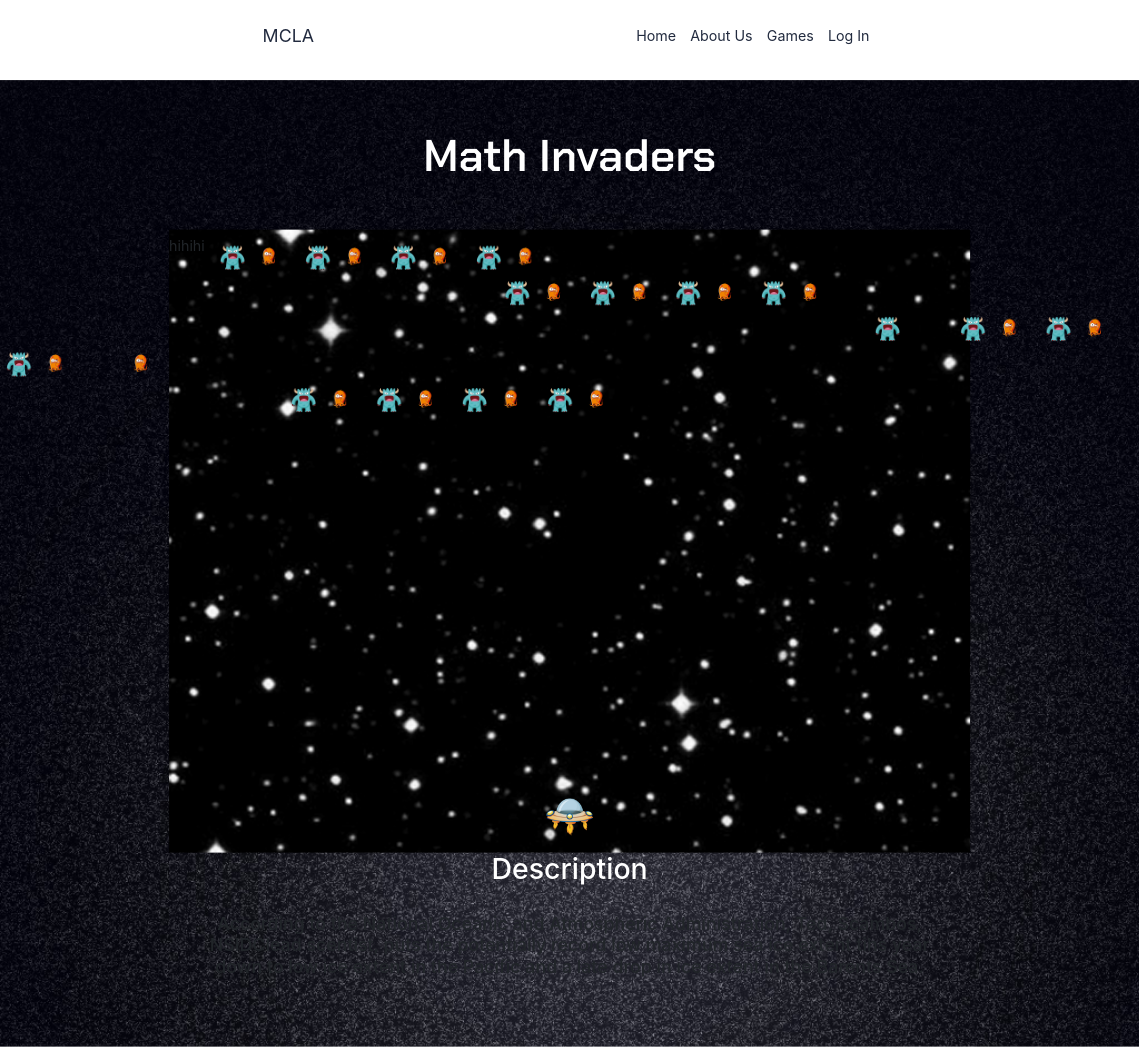
Repository: kkyler24/MathInvader
Page: index.html
The author's editor kept a copy of each file at every save. The page is drawn from the files as they stood at one save, then again after the next save.
The browser window is 1280 px wide. The pictures show the whole page, at 89% of full size.
Some web libraries are served in a nearby version.

Above is the page before, as saved 2020-07-20 18:02:14.

After the next save:
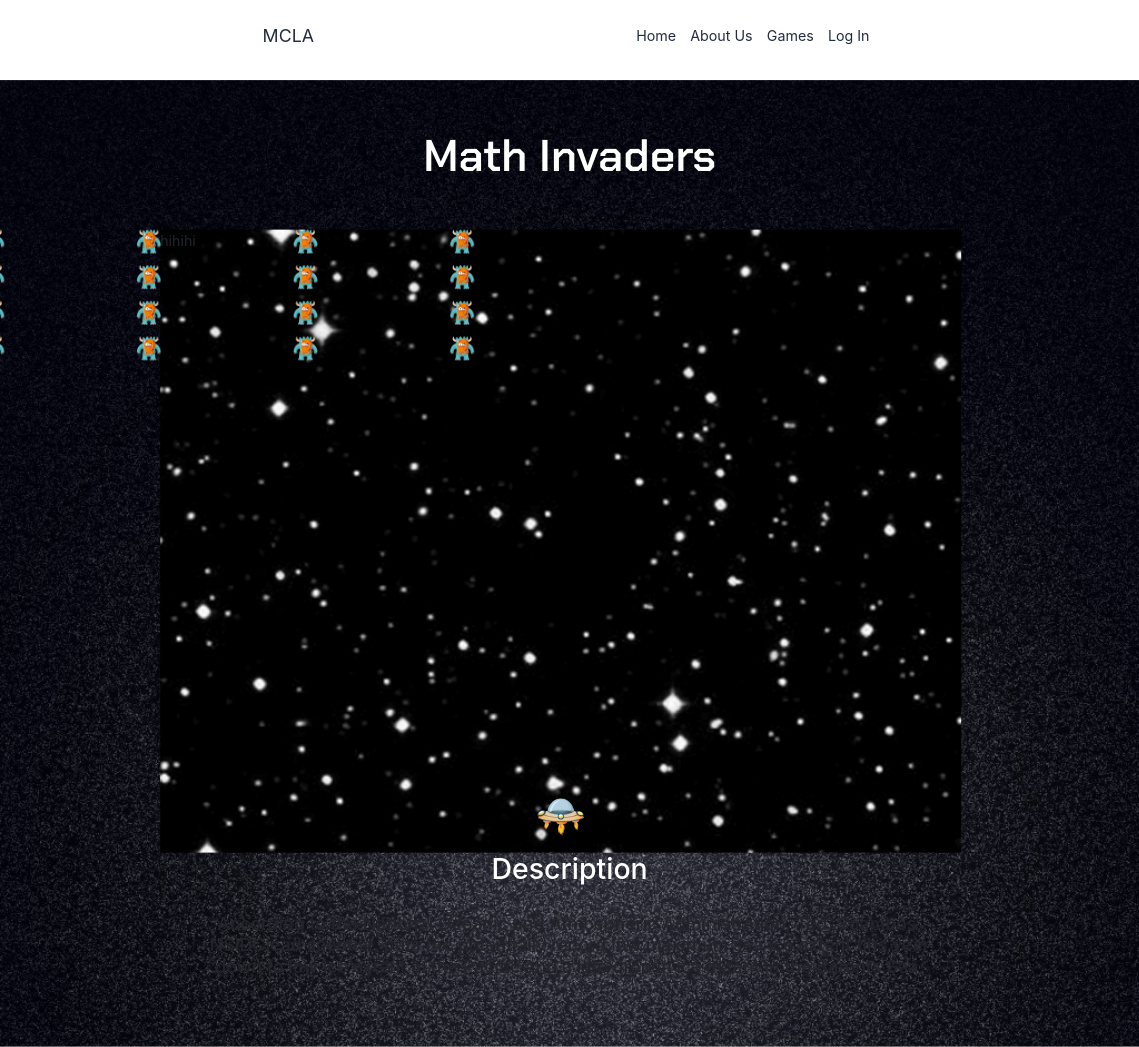
Saved 9 min 39 s later.
--- a/jsFolder/index.css
+++ b/jsFolder/index.css
@@ -201,7 +201,7 @@ h2 {
   /* background: #2; */
 }
 
-.game .enemy {
+.Game .enemy {
   position: absolute;
   margin-left: -20px;
   margin-top: -18px;
@@ -209,7 +209,7 @@ h2 {
   height: 40px;
 }
 
-.game .token {
+.Game .token {
   position: absolute;
   margin-left: -20px;
   margin-top: -18px;
@@ -224,20 +224,20 @@ h2 {
   z-index: 3;
 }
 
-.game {
+.Game {
   position: absolute;
   margin-left: -20px;
   width: 40px;
   height: 40px;
 }
 
-.game .laser {
+.Game .laser {
   position: absolute;
   margin-left: -2.5px;
   height: 30px;
 }
 
-.game .enemy-laser {
+.Game .enemy-laser {
   position: absolute;
   margin-left: -2.5px;
   height: 30px;
